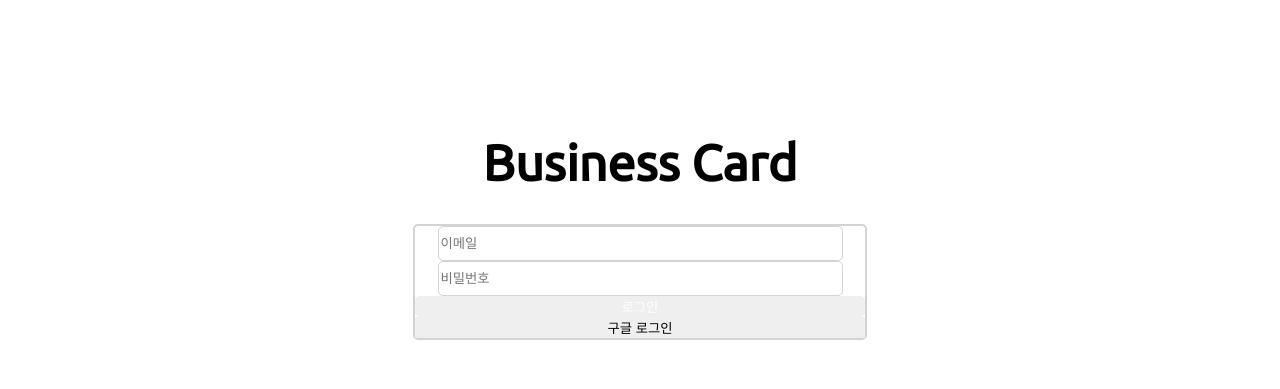
Repository: momo0170/react_businesscard
Page: /login
These files come from the project's save history. The page is drawn as it stood at one moment and after the next save; the edit follows.
The browser window is 1280 px wide. The pictures show the whole page.
The page's requests for data from a server got no answer. The project was rebuilt for these pictures with package versions that can differ from the ones it lists, and the page was loaded fresh each time. No one was signed in, and anything a server would have sent is missing.

Above is the page before, as saved 2022-08-10 23:16:01.

### public/index.html
<!DOCTYPE html>
<html lang="en">
  <head>
    <meta charset="utf-8" />
    <link rel="icon" href="%PUBLIC_URL%/favicon.ico" />
    <meta name="viewport" content="width=device-width, initial-scale=1" />
    <meta name="theme-color" content="#000000" />
    <meta
      name="description"
      content="Web site created using create-react-app"
    />
    <link rel="preconnect" href="https://fonts.googleapis.com" />
    <link rel="preconnect" href="https://fonts.gstatic.com" crossorigin />
    <link
      href="https://fonts.googleapis.com/css2?family=Ubuntu:ital,wght@0,400;1,500&display=swap"
      rel="stylesheet"
    />

    <title>App</title>
  </head>
  <body>
    <noscript>You need to enable JavaScript to run this app.</noscript>
    <div id="root"></div>
  </body>
</html>

### src/index.js
import React from 'react';
import ReactDOM from 'react-dom/client';
import './index.css';
import App from './app.jsx';
import './firebase.js';
import { BrowserRouter } from 'react-router-dom';

const root = ReactDOM.createRoot(document.getElementById('root'));
root.render(
  <BrowserRouter>
    <App />
  </BrowserRouter>
);

### src/index.css
body {
  margin: 0;
  font-family: 'Ubuntu', sans-serif;
  -webkit-font-smoothing: antialiased;
  -moz-osx-font-smoothing: grayscale;
}

code {
  font-family: source-code-pro, Menlo, Monaco, Consolas, 'Courier New',
    monospace;
}

### src/app.jsx
import React, { useState } from 'react';
import { Routes, Route } from 'react-router-dom';
import { auth, app } from './firebase';
import {
  GoogleAuthProvider,
  signInWithPopup,
  createUserWithEmailAndPassword,
  onAuthStateChanged,
  signInWithEmailAndPassword,
  signOut,
} from 'firebase/auth';
import Login from './components/login';

// createUserWithEmailAndPassword : 회원가입
// signInWithEmailAndPassword : 로그인
// signOut : 로그아웃
// sendEmailVerifiacation : 회원가입한 이메일 유호 확인
// updateEmail : 회원가입한 아이디 이메일 변경
// updatePassword : 회원가입한 아이디 패스워드 변경
// sendPasswordResetEmail : 회원가입한 비빌먼호 재설정
// delete : 회원가입한 아이디 삭제
// reauthenticate : 아이디 재인증
// onAuthStateChanged : 사용자의 로그인 상태 변경 감시

function App() {
  const [registerEmail, setRegisterEmail] = useState('');
  const [registerPassword, setRegisterPassword] = useState('');
  const [loginEmail, setLoginEmail] = useState('');
  const [loginPassword, setLoginPassword] = useState('');
  const [googleUserData, setGoogleUserData] = useState(null);
  const [emailUserData, setEmailUserData] = useState(null);

  // 회원가입
  const register = () => {
    createUserWithEmailAndPassword(auth, registerEmail, registerPassword)
      .then((userCredential) => {
        // Signed in
        var registerUser = userCredential.user;
        console.log(registerUser);
      })
      .catch((error) => {
        var errorCode = error.code;
        var errorMessage = error.message;
        console.log(errorCode);
        console.log(errorMessage);
        // ..
      });
  };

  // 이메일 로그인
  const emailLogin = () => {
    signInWithEmailAndPassword(auth, loginEmail, loginPassword)
      .then((userCredential) => {
        const user = userCredential.user;
        setEmailUserData(user);
        console.log(user);
      })
      .catch((error) => {
        const errorCode = error.code;
        const errorMessage = error.message;
        console.log(errorCode);
        console.log(errorMessage);
      });
  };

  // 구글 로그인
  const googleLogin = () => {
    const provider = new GoogleAuthProvider(); // provider를 구글로 설정
    signInWithPopup(auth, provider) // popup을 이용한 signup
      .then((data) => {
        setGoogleUserData(data.user); // user data 설정
        console.log(data); // console로 들어온 데이터 표시
      })
      .catch((err) => {
        console.log(err);
      });
  };

  return (
    <Routes>
      <Route path="/">
        <Route
          path="login"
          element={
            <Login
              googleLogin={googleLogin}
              register={register}
              emailLogin={emailLogin}
              googleUserData={googleUserData}
              setGoogleUserData={setGoogleUserData}
              emailUserData={emailUserData}
              setEmailUserData={setEmailUserData}
              setLoginEmail={setLoginEmail}
              setLoginPassword={setLoginPassword}
            />
          }
        />
      </Route>
      {/* <Route path="/main" element={<Main />} /> */}
    </Routes>
  );
}

export default App;

### src/firebase.js
import { initializeApp } from 'firebase/app';
import { getAuth } from 'firebase/auth';

const firebaseConfig = {
  apiKey: process.env.REACT_APP_API_KEY,
  authDomain: process.env.REACT_APP_AUTH_DOMAIN,
  projectId: process.env.REACT_APP_PROJECT_ID,
  storageBucket: process.env.REACT_APP_STORAGE_BUCKET,
  messagingSenderId: process.env.REACT_APP_MESSAGING_ID,
  appId: process.env.REACT_APP_APP_ID,
};
const app = initializeApp(firebaseConfig);
const auth = getAuth(app);

export { app, auth };

### src/components/login.jsx
import React from 'react';
import styles from '../css/login.module.css';

function Login({
  googleLogin,
  googleUserData,
  register,
  emailLogin,
  setGoogleUserData,
  emailUserData,
  setEmailUserData,
  setLoginEmail,
  setLoginPassword,
}) {
  return (
    <>
      <h1 className={styles.title}>Business Card</h1>
      <div className={styles.container}>
        <div className={styles.inputs}>
          <input
            placeholder="이메일"
            className={styles.inputId}
            onChange={(e) => {
              setLoginEmail(e.target.value);
            }}
          />
          <input
            placeholder="비밀번호"
            className={styles.inputPassword}
            onChange={(e) => {
              setLoginPassword(e.target.value);
            }}
          />
        </div>
        <div className={styles.login}>
          {/* 이메일 로그인 */}
          <button className={styles.google} onClick={emailLogin}>
            로그인
          </button>
          {/* 구글 로그인 */}

          <button className={styles.email} onClick={googleLogin}>
            구글 로그인
          </button>
        </div>
      </div>
    </>
  );
}

export default Login;

### src/css/login.module.css
@value normalBlue from '../common/colors.css';
@value lightGrey from '../common/colors.css';
@value fontSmall, marginNormal, marginHigh, paddingLow from '../common/size.css';

.title {
  text-align: center;

  padding-top: 100px;
  font-size: 50px;
  color: normalBlue;
}

.container {
  display: flex;
  flex-direction: column;
  width: 450px;
  border: 2px solid lightGrey;
  border-radius: 5px;
  margin: 0 auto;
}

.inputs {
  display: flex;
  flex-direction: column;
  align-items: center;
  margin-top: marginLow;
}

.inputId,
.inputPassword {
  width: 90%;
  height: 35px;
  margin: marginNormal marginHigh;
  padding: paddingLow;
  box-sizing: border-box;
  border: 1px solid lightGrey;
  border-radius: 5px;
  font-size: fontSmall;
  outline: 0;
}

inputId:focus,
.inputPassword:focus {
  border: 2px solid normalBlue;
}

.login {
  display: flex;
  flex-direction: column;
  margin: marginHigh;
}

.login button {
  border: 0;
  outline: 0;
}

.login button:first-child {
  padding: paddingLow;
  background-color: normalBlue;
  border-radius: 5px;
  color: white;
}

After the next save:
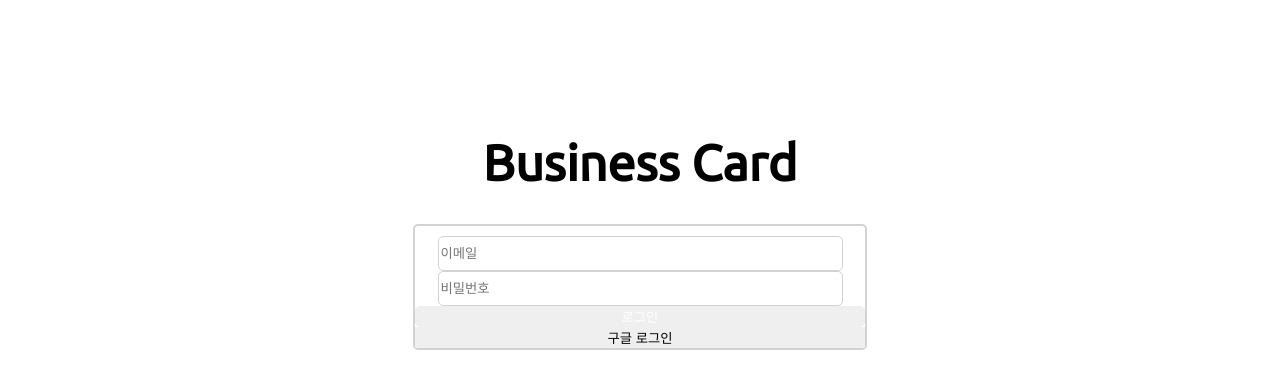
Saved 2 min 57 s later.
--- a/src/css/login.module.css
+++ b/src/css/login.module.css
@@ -23,7 +23,7 @@
   display: flex;
   flex-direction: column;
   align-items: center;
-  margin-top: marginLow;
+  margin-top: 10px;
 }
 
 .inputId,

After the save that followed:
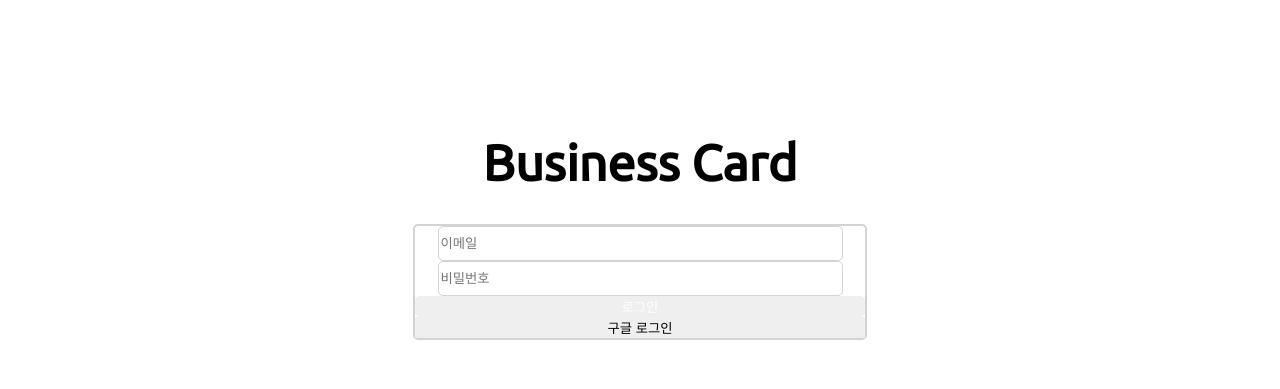
Saved 5 s later.
--- a/src/css/login.module.css
+++ b/src/css/login.module.css
@@ -23,7 +23,7 @@
   display: flex;
   flex-direction: column;
   align-items: center;
-  margin-top: 10px;
+  margin-top: marginLow;
 }
 
 .inputId,
